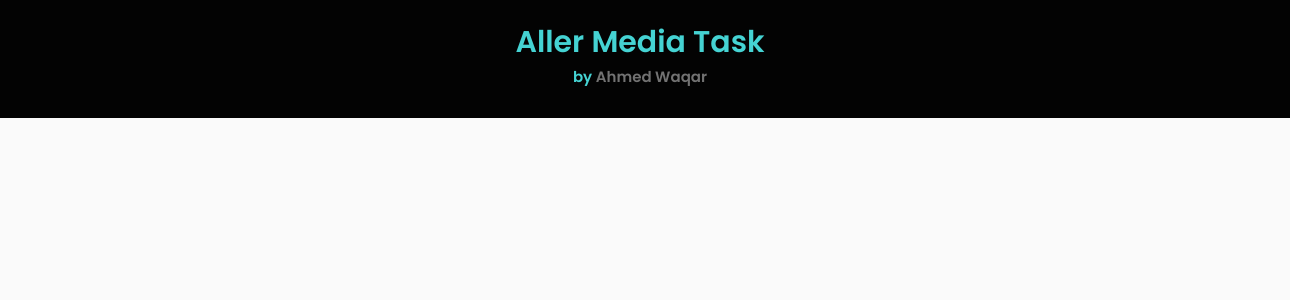
Repository: waqarmalyk/Back-to-front
Page: /
The author's editor kept a copy of each file at every save. The page is drawn from the files as they stood at one save, then again after the next save.
The browser window is 1280 px wide. The page is 1290 px wide, so the pictures cover 1290 px, including what lies to the right of the window. The pictures show the whole page.
The page's requests for data from a server got no answer. The project was rebuilt for these pictures with package versions that can differ from the ones it lists, and the page was loaded fresh each time. No one was signed in, and anything a server would have sent is missing.

Above is the page before, as saved 2022-02-06 11:29:41.

### public/index.html
<!DOCTYPE html>
<html lang="en">
  <head>
    <meta charset="utf-8" />
    <link rel="icon" href="%PUBLIC_URL%/favicon.ico" />
    <meta name="viewport" content="width=device-width, initial-scale=1" />
    <meta name="theme-color" content="#000000" />
    <meta
      name="description"
      content="Web site created using create-react-app"
    />
    <link rel="apple-touch-icon" href="%PUBLIC_URL%/logo192.png" />
     <link
    href="https://fonts.googleapis.com/css2?family=Poppins:ital,wght@0,200;0,400;0,600;1,200;1,400;1,600&display=swap"
    rel="stylesheet">
    <!--
      manifest.json provides metadata used when your web app is installed on a
      user's mobile device or desktop. See https://developers.google.com/web/fundamentals/web-app-manifest/
    -->
    <link rel="manifest" href="%PUBLIC_URL%/manifest.json" />
    <!--
      Notice the use of %PUBLIC_URL% in the tags above.
      It will be replaced with the URL of the `public` folder during the build.
      Only files inside the `public` folder can be referenced from the HTML.

      Unlike "/favicon.ico" or "favicon.ico", "%PUBLIC_URL%/favicon.ico" will
      work correctly both with client-side routing and a non-root public URL.
      Learn how to configure a non-root public URL by running `npm run build`.
    -->
    <title>React App</title>
  </head>
  <body>
    <noscript>You need to enable JavaScript to run this app.</noscript>
    <div id="root"></div>
    <!--
      This HTML file is a template.
      If you open it directly in the browser, you will see an empty page.

      You can add webfonts, meta tags, or analytics to this file.
      The build step will place the bundled scripts into the <body> tag.

      To begin the development, run `npm start` or `yarn start`.
      To create a production bundle, use `npm run build` or `yarn build`.
    -->
  </body>
</html>

### src/App.js
import "./App.css";
import Get from "./components/Get";

function App() {
  return (
    <>
      <header className="title">
        <h1>Aller Media Task </h1>
        <p>
          by <span>Ahmed Waqar</span>
        </p>
      </header>
      <Get />
    </>
  );
}

export default App;

### src/App.css

:root {
  --black: hsl(0, 0%, 1%);
  --cyan: hsl(180, 62%, 55%);
  --orange: hsl(34, 97%, 64%);
  --blue: hsl(212, 86%, 64%);
  --varyDarkBlue: hsl(234, 12%, 34%);
  --grayishBlue: hsl(229, 6%, 66%);
  --veryLightGray: hsl(0, 0%, 98%);
  --weight1: 200;
  --weight2: 400;
  --weight3: 600;
}
* {
  margin: 0;
  padding: 0;
  box-sizing: border-box;
}
body {
  font-size: 15px;
  font-family: 'Poppins', sans-serif;
  background-color: var(--veryLightGray);
}
.title {
text-align: center;
font-weight: var(--weight3);
padding: 30px;
background-color:var(--black);
color: var(--cyan);
margin: -10px -10px
}
span{
  color:rgb(114, 114, 114);
}
span:hover{
  color:var(--varyDarkBlue) ;
}

.container {
  margin: 2em;
  display: flex;
  flex-direction: column;
  align-items: center;
  justify-content: center;
}
.row {
  display: flex;
  flex-wrap: wrap;
  justify-content: space-between;
}


/* Grid Classes */
.col-1{
  width: 8.33%;
}
.col-2 {
  width: 16.66%;
}
.col-3 {
  width: 24.99%;
}
.col-4 {
  width: 33.33%;
}
.col-5 {
  width: 41.66%;
}
.col-6 {
  width: 50%;
}
.col-7 {
  width: 58.33%;
}
.col-8 {
  width: 66.66%;
}
.col-9 {
  width: 74.99%;
}
.col-10 {
  width: 83.33%;
}
.col-11 {
  width: 91.66%;
}
.col-12 {
  width: 100%;
}

### src/components/Get.js
import React, { useState, useEffect, useRef } from "react";
import axios from "axios";

function Get() {
  const ref = useRef(null);

  const [data, setData] = useState([]);
  const [singleWidth, setSingleWidth] = useState(null);

  useEffect(() => {
    setSingleWidth(ref.current.offsetWidth / 12);
    axios
      .get("https://storage.googleapis.com/aller-structure-task/test_data.json")
      .then((res) => {
        setData(res.data[0]);
      })
      .catch((err) => {
        console.log(err);
      });
  }, []);
  return (
    <div className="container" ref={ref}>
      {console.log(singleWidth, data)}
      {data.length > 0 &&
        !!singleWidth &&
        data.map((row, rowIndex) => (
          <div className="row card" key={rowIndex}>
            {row.columns.map((column, columnIndex) => (
              <div className={"article col-" + column.width} key={columnIndex}>
                <img
                  src={
                    column.imageUrl +
                    "&width=" +
                    singleWidth * column.width +
                    "&height="
                  }
                  alt={column.title}
                />
                <h2 className="heading">
                  {column.title + " - " + column.width}
                </h2>
              </div>
            ))}
          </div>
        ))}
    </div>
  );
}

export default Get;

Loaded but not shown: src/index.js (common file)

After the next save:
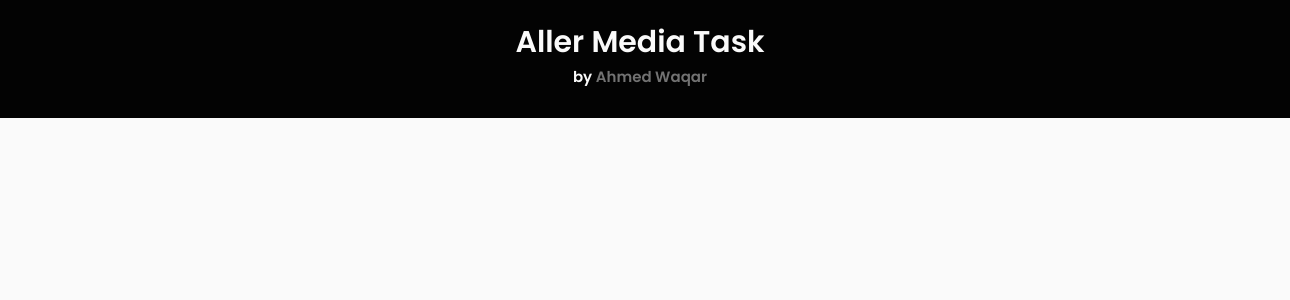
Saved 19 s later.
--- a/src/App.css
+++ b/src/App.css
@@ -26,7 +26,7 @@
 font-weight: var(--weight3);
 padding: 30px;
 background-color:var(--black);
-color: var(--cyan);
+color: var(--veryLightGray);
 margin: -10px -10px
 }
 span{
